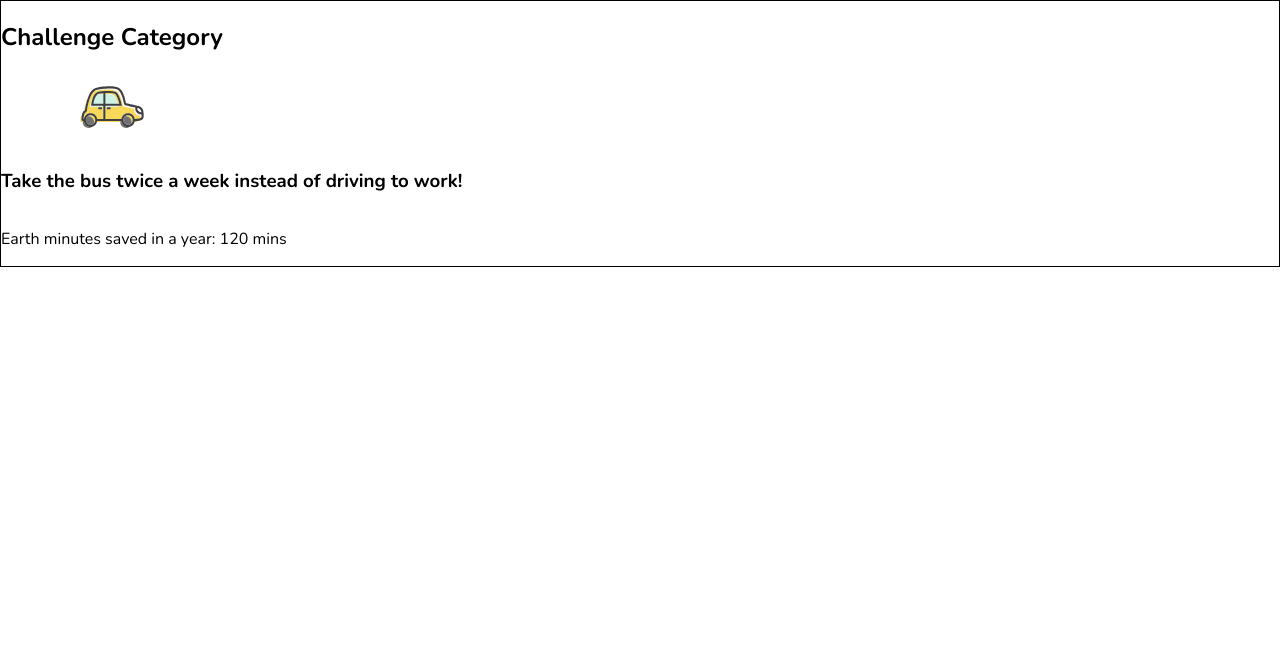
Repository: cho196/Timearth
Page: /challenges
These files come from the project's save history. The page is drawn as it stood at one moment and after the next save; the edit follows.
The browser window is 1280 px wide. The pictures show the whole page.
The project was rebuilt for these pictures with package versions that can differ from the ones it lists, and the page was loaded fresh each time. The framework's server and built-in components were replaced by stand-ins that run in the browser. Also part of the build but not shown: next.config.js.

Above is the page before, as saved 2022-04-11 14:26:58.

### pages/challenges.js
import ChallengeCont from "../comps/Challenge_cont";

export default function Challenges() {
    return <ChallengeCont></ChallengeCont>
}

### styles/globals.css
@import url('https://fonts.googleapis.com/css2?family=Nunito:wght@400;500;600;700;800&display=swap');

html,
body {
  padding: 0;
  margin: 0;
  font-family: 'Nunito', sans-serif;
  text-align: center;
}

a {
  color: inherit;
  text-decoration: none;
}

* {
  box-sizing: border-box;
}

h1 {
    font-weight: 800;
    font-size: 32px;
    line-height: 44px;
    width: 90%;
}

h4 {
    font-weight: 400;
    font-size: 18px;
    line-height: 25px;
    margin-top: 0;
    width: 90%;
}

button {
    font-family: 'Nunito', sans-serif;
    border: none;
    font-style: normal;
    cursor: pointer;
}

.logomark {
    width: 12em;
    height: 12em;
    margin-top: 2em;
}

.background-shape {
    position: absolute;
    bottom: 0;
    height: 30%;
    width: 100%;
    border-radius: 50% 50% 0 0;
    background-color: #6B97ED;
    z-index: -1;
}

.section-selection {
    display: flex;
    flex-wrap: wrap;
    justify-content: center;
}

@media only screen and (max-width: 600px) and (max-height: 750px){
    .logomark {
        width: 10em;
        height: 10em;
        margin-top: 0.5em;
    }

    h1 {
        font-size: 24px;
    }

    h4 {
        font-size: 16px;
    }

}

### comps/Challenge_cont.js
import { useRouter } from "next/router";
import styled from 'styled-components';
import { cat1, cat2, cat3, cat4, cat5, cat6 } from "../data/intro_content";


const Challenge_cont = styled.div`
border:1px solid black;
display:flex;
flex-direction:column;
align-items:flex-start;
width: auto;
`


export default function ChallengeCont() {
    return <Challenge_cont>
        <div class="row">
        <h2>Challenge Category</h2>
        <img src={cat1.img} />
        </div>
        <h3>Take the bus twice a week instead of driving to work!</h3>
        <p>Earth minutes saved in a year: 120 mins</p>
    </Challenge_cont>
}

### data/intro_content.js
export const PageTitle ="Let’s Start!"

export const cat1 = {
    title: "Transportation",
    img: "/transportation.svg"
}

export const cat2 = {
    title: "Food",
    img: "/food.svg"
}

export const cat3 = {
    title: "Water",
    img: "/water.svg"
}

export const cat4 = {
    title: "Electricity",
    img: "/electricity.svg"
}

export const cat5 = {
    title: "Waste",
    img: "/waste.svg"
}

export const cat6 = {
    title: "Shopping",
    img: "/shopping.svg"
}

### comps/Button.js
import { BtnStyle, BtnText, TextBtnStyle } from "../data/index_content"
import { useRouter } from "next/router";
import styled from 'styled-components';

const Button = styled.button`
    background-color: ${props => BtnStyle[props.BtnStyle].bgcolor};
    color: ${props => BtnStyle[props.BtnStyle].txtcolor};
    font-weight: 700;
    font-size: 20px;
    line-height: 27px;
    border-radius: 8px;
    width: 190px;
    height: 50px;
    bottom: 15.88%;
    position: absolute;
`
const TextButton = styled.div`
    display: flex;
    position: absolute;
    font-style: normal;
    font-weight: 700;
    font-size: 18px;
    line-height: 25px;
    cursor: pointer;
    left: ${props => TextBtnStyle[props.TextBtnStyle].left};
    right: ${props => TextBtnStyle[props.TextBtnStyle].right};
    top: 45px;
    color: ${props => TextBtnStyle[props.TextBtnStyle].color}
`

export function BackButton() {
    const r = useRouter();

    return <TextButton
        TextBtnStyle="back"
        onClick={
            () => {
                r.replace(
                    {
                        pathname: "/intro"
                    }
                )
            }
        }>
        <img src ="../chevronleft.svg"></img>
        {BtnText.back}
    </TextButton>
}

export function SkipButton() {
    // const r = useRouter();

    return <TextButton
        TextBtnStyle = "skip">
        {BtnText.skip}
    </TextButton>
}

export function CTAButton() {
    const r = useRouter();

    return <Button
        BtnStyle="white"
        onClick={
            () => {
                r.replace(
                    {
                        pathname: "/intro"
                    }
                )
            }
        }
    >{BtnText.index}
    </Button>
}

export function PrimaryButton() {
    const r = useRouter();
    return <Button
        BtnStyle="orange"
        onClick={
            () => {
                r.replace(
                    {
                        pathname: "/questions"
                    }
                )
            }
        }
    >{BtnText.intro}
    </Button>
}

export function NextButton() {
    const r = useRouter();

    return <Button
        BtnStyle="white"
        onClick={
            () => {
                r.replace(
                    {
                        pathname: "/intro"
                    }
                )
            }
        }
    >{BtnText.next}
    </Button>
}

### data/index_content.js
export const PageTitle = "It’s time to log your changes!";

export const TextBtnStyle = {
    back: {
        color: "#000000",
        left: "14px"

    },

    skip: {
        color: "#BFBFBF",
        right: "30px"
    }
}

export const BtnStyle = {
    blue: {
        bgcolor: "#6491E9",
        txtcolor: "#FFFFFF"
    },

    orange: {
        bgcolor: "#FF9042",
        txtcolor: "#FFFFFF"
    },

    white: {
        bgcolor: "#FFFFFF",
        txtcolor: "#000000"
    },

    inactive: {
        bgcolor: "#DADADA",
        txtcolor: "#FFFFFF"
    }
}

export const BtnText = {
    index: "Get Started",
    intro: "Start Logging",
    next: "Next",
    back: "Back",
    skip: "Skip"
}

Loaded but not shown: pages/_app.js (common file)

After the next save:
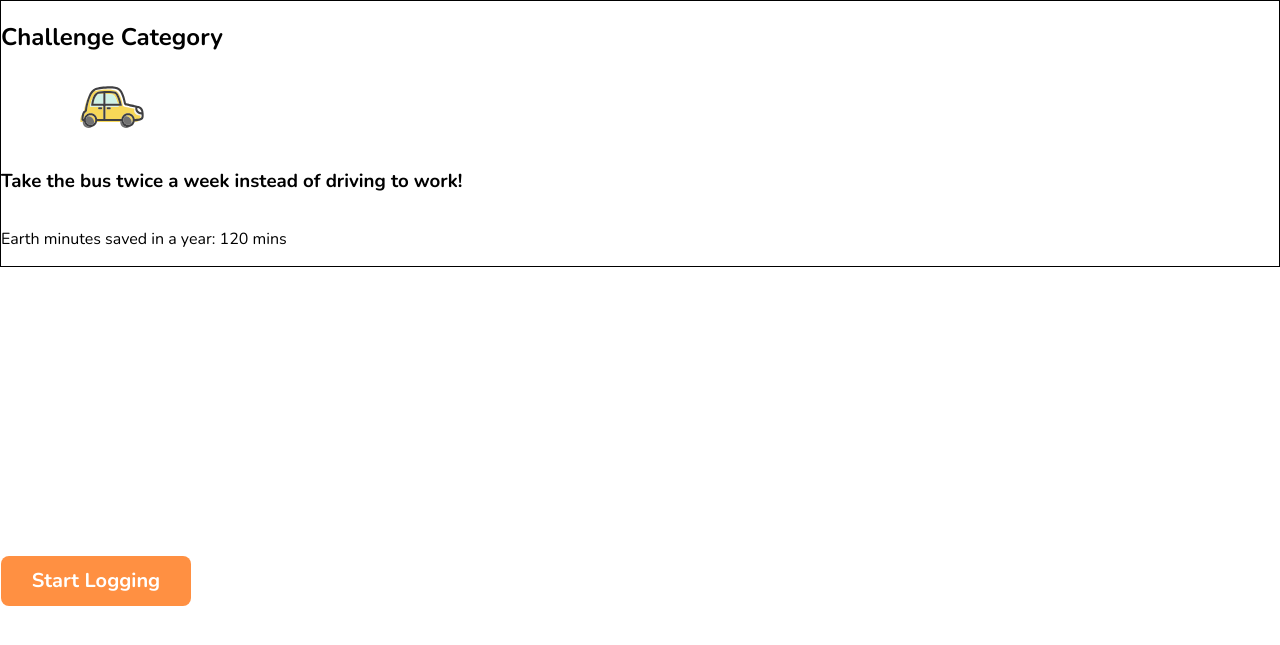
Saved 2 min 5 s later.
--- a/comps/Challenge_cont.js
+++ b/comps/Challenge_cont.js
@@ -1,6 +1,7 @@
 import { useRouter } from "next/router";
 import styled from 'styled-components';
 import { cat1, cat2, cat3, cat4, cat5, cat6 } from "../data/intro_content";
+import { PrimaryButton } from "./Button";
 
 
 const Challenge_cont = styled.div`
@@ -20,5 +21,6 @@ export default function ChallengeCont() {
         </div>
         <h3>Take the bus twice a week instead of driving to work!</h3>
         <p>Earth minutes saved in a year: 120 mins</p>
+        <PrimaryButton></PrimaryButton>
     </Challenge_cont>
 }
